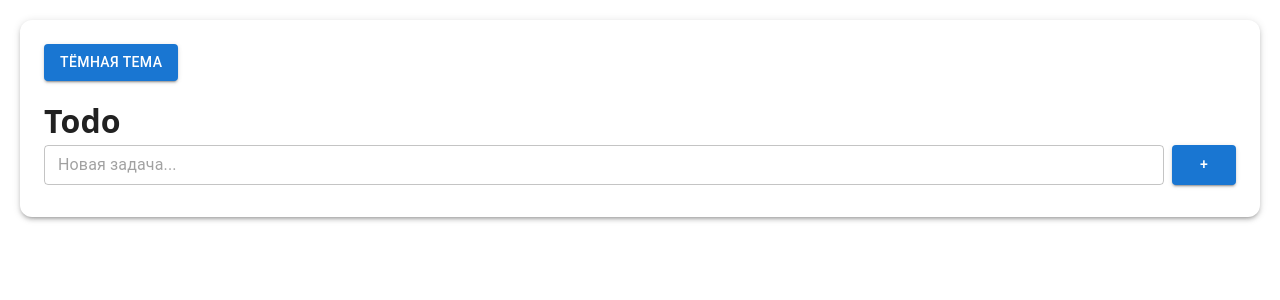
Repository: Burnmyheart/todo-app
Page: /
These files come from the project's save history. The page is drawn as it stood at one moment and after the next save; the edit follows.
The browser window is 1280 px wide. The pictures show the whole page.
The project was rebuilt for these pictures with package versions that can differ from the ones it lists, and the page was loaded fresh each time. Also part of the build but not shown: vite.config.ts, src/components/EditTodo/EditTodo.tsx, src/components/TodoItem/TodoItem.tsx, src/components/TodoList/TodoList.tsx.

Above is the page before, as saved 2025-09-25 20:42:37.

After the next save:
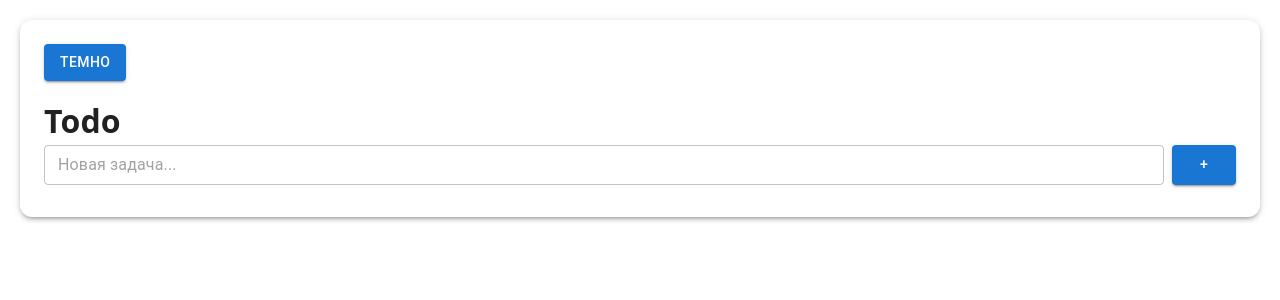
Saved 46 s later.
--- a/src/App.tsx
+++ b/src/App.tsx
@@ -58,7 +58,7 @@ const App: React.FC = () => {
             onClick={() => setDarkMode((prev) => !prev)}
             sx={{ mb: 2 }}
           >
-            {darkMode ? "Светлая тема" : "Тёмная тема"}
+            {darkMode ? "Светло" : "Темно"}
           </Button>
 
           <h1>Todo</h1>
